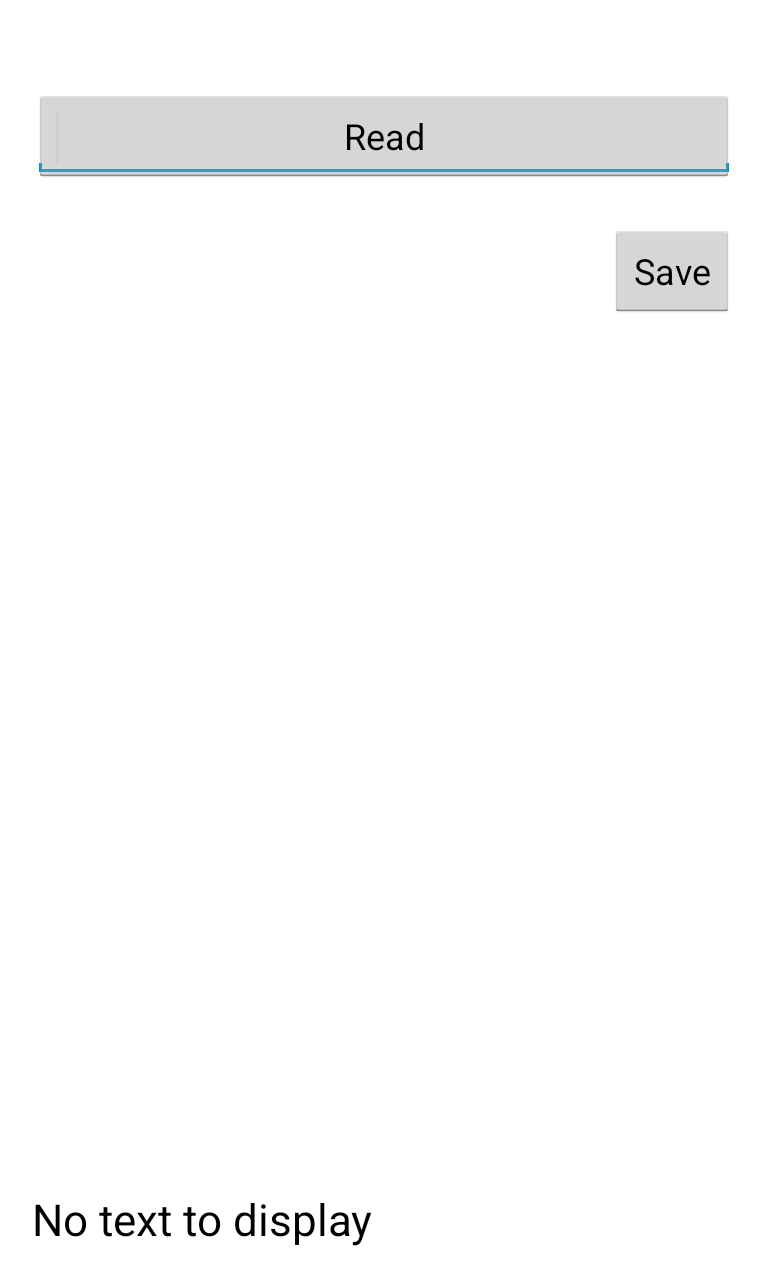
Repository: MadhuHS/JECM3
Layout: InternalStorage/res/layout/activity_main.xml
An editor plug-in stored every save of this project. The layout is shown before and after the next save, followed by the edit.
It is drawn on a 768 x 1280 px phone screen (xhdpi) without system bars, with theme AppTheme; the app's code is not run.

Above is the layout before, as saved 2015-12-19 03:07:19.

### InternalStorage/res/layout/activity_main.xml
<RelativeLayout xmlns:android="http://schemas.android.com/apk/res/android"
    xmlns:tools="http://schemas.android.com/tools"
    android:layout_width="match_parent"
    android:layout_height="match_parent"
    android:paddingBottom="@dimen/activity_vertical_margin"
    android:paddingLeft="@dimen/activity_horizontal_margin"
    android:paddingRight="@dimen/activity_horizontal_margin"
    android:paddingTop="@dimen/activity_vertical_margin"
    tools:context=".MainActivity" >

    <EditText
        android:id="@+id/editText1"
        android:layout_width="wrap_content"
        android:layout_height="wrap_content"
        android:layout_alignParentLeft="true"
        android:layout_alignParentRight="true"
        android:layout_alignParentTop="true"
        android:layout_marginTop="34dp"
        android:ems="10" >

        <requestFocus />
    </EditText>

    <Button
        android:id="@+id/buttonsave"
        android:layout_width="wrap_content"
        android:layout_height="wrap_content"
        android:layout_alignLeft="@+id/button2"
        android:layout_alignRight="@+id/editText1"
        android:layout_below="@+id/editText1"
        android:layout_marginTop="22dp"
        android:text="Save" />

    <Button
        android:id="@+id/buttonread"
        android:layout_width="wrap_content"
        android:layout_height="wrap_content"
        android:layout_alignLeft="@+id/editText1"
        android:layout_alignRight="@+id/editText1"
        android:layout_below="@+id/button1"
        android:layout_marginTop="28dp"
        android:text="Read" />

    <TextView
        android:id="@+id/textViewdisplay"
        android:layout_width="wrap_content"
        android:layout_height="wrap_content"
        android:layout_alignLeft="@+id/button2"
        android:layout_alignParentBottom="true"
        android:layout_alignRight="@+id/button2"
        android:layout_below="@+id/button2"
        android:layout_marginTop="44dp"
        android:text="No text to display"
        android:textAppearance="?android:attr/textAppearanceLarge" />

</RelativeLayout>

Loaded but not shown: InternalStorage/res/values/styles.xml (common file); InternalStorage/res/values-v11/styles.xml (common file); InternalStorage/res/values-v14/styles.xml (common file); InternalStorage/res/values/dimens.xml (common file)

After the next save:
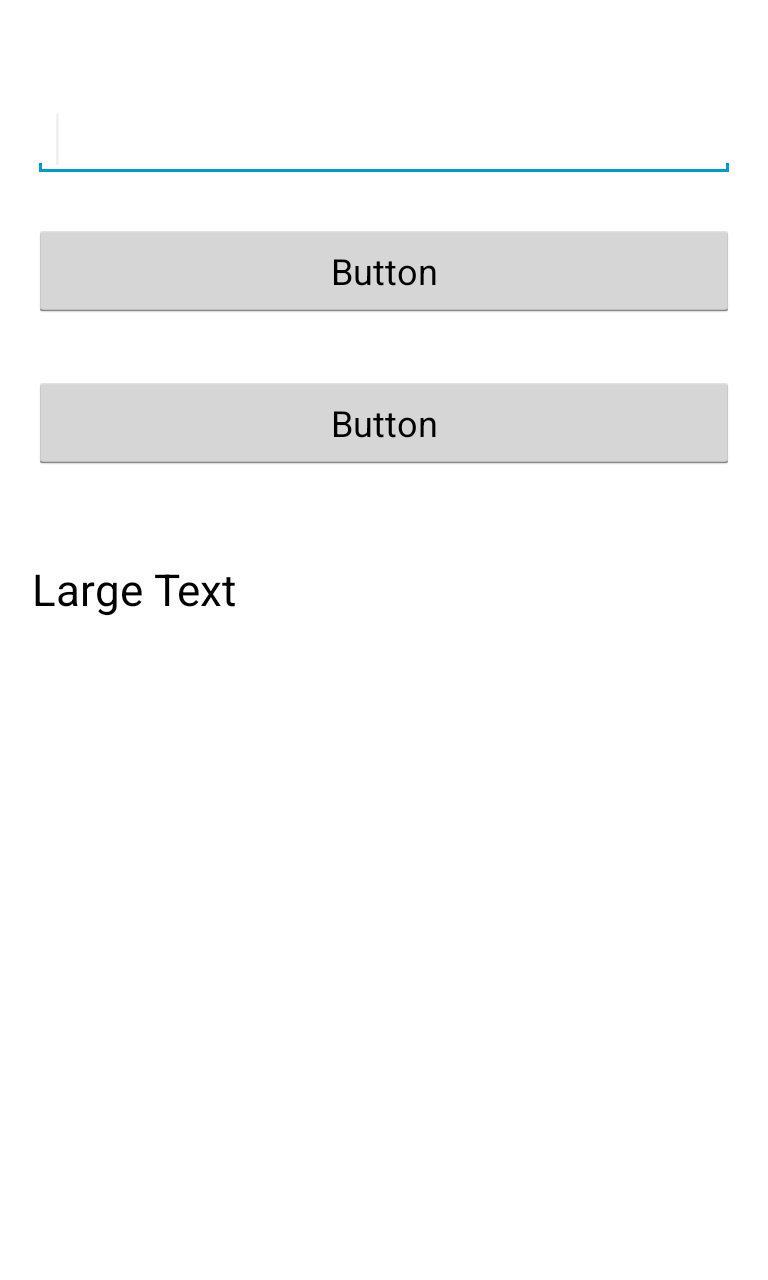
Saved 29 s later.
--- a/InternalStorage/res/layout/activity_main.xml
+++ b/InternalStorage/res/layout/activity_main.xml
@@ -22,27 +22,27 @@
     </EditText>
 
     <Button
-        android:id="@+id/buttonsave"
+        android:id="@+id/button1"
         android:layout_width="wrap_content"
         android:layout_height="wrap_content"
         android:layout_alignLeft="@+id/button2"
         android:layout_alignRight="@+id/editText1"
         android:layout_below="@+id/editText1"
         android:layout_marginTop="22dp"
-        android:text="Save" />
+        android:text="Button" />
 
     <Button
-        android:id="@+id/buttonread"
+        android:id="@+id/button2"
         android:layout_width="wrap_content"
         android:layout_height="wrap_content"
         android:layout_alignLeft="@+id/editText1"
         android:layout_alignRight="@+id/editText1"
         android:layout_below="@+id/button1"
         android:layout_marginTop="28dp"
-        android:text="Read" />
+        android:text="Button" />
 
     <TextView
-        android:id="@+id/textViewdisplay"
+        android:id="@+id/textView1"
         android:layout_width="wrap_content"
         android:layout_height="wrap_content"
         android:layout_alignLeft="@+id/button2"
@@ -50,7 +50,7 @@
         android:layout_alignRight="@+id/button2"
         android:layout_below="@+id/button2"
         android:layout_marginTop="44dp"
-        android:text="No text to display"
+        android:text="Large Text"
         android:textAppearance="?android:attr/textAppearanceLarge" />
 
 </RelativeLayout>
